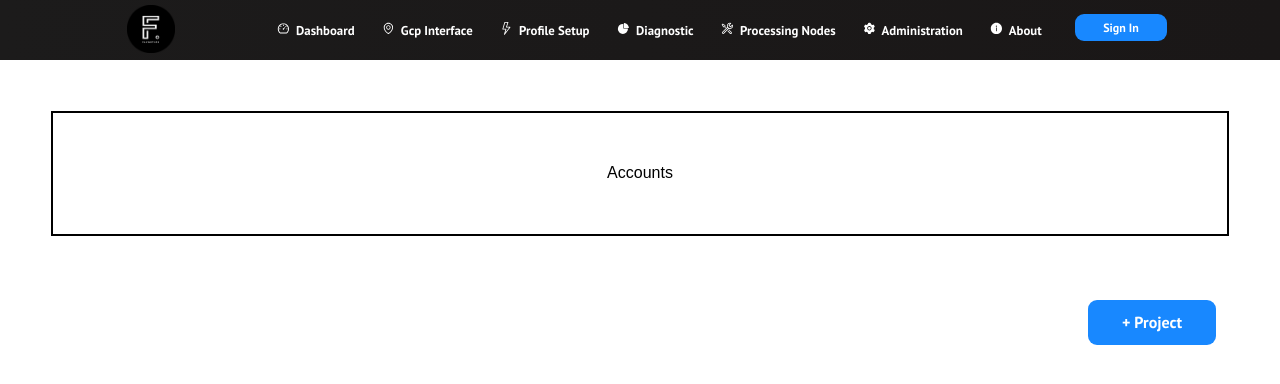
Repository: Akshaykumar1111/akki
Page: /Dashboard
These files come from the project's save history. The page is drawn as it stood at one moment and after the next save; the edit follows.
The browser window is 1280 px wide. The pictures show the whole page.
Some web libraries are served in a nearby version. The project was rebuilt for these pictures with package versions that can differ from the ones it lists, and the page was loaded fresh each time. Also part of the build but not shown: src/components/pages/Dashboard.css, src/components/pages/Administration.js, src/components/pages/Diagnostic.js, src/components/pages/ProfileSetup.js, src/components/pages/GcpInterface.js, src/components/pages/ProcessingNodes.js, src/components/pages/About.js, src/components/pages/Popup.css and 7 more.

Above is the page before, as saved 2022-10-20 10:13:02.

### src/App.css
* {
  box-sizing: border-box;
  margin: 0;
  padding: 0;
  font-family: 'PT Sans', sans-serif;
}

.home,
.Diagnostic,
.Dashboard,
.ProfileSetup,
.GcpInterface,
.ProcessingNodes,
.products,
.Administration,
.DeveloperTools,
.About,
.sign-up,
.SigUp,
.Forgot,
.marketing,
.consulting {
  display: flex;
  height: 961.3px;
  align-items: center;
  justify-content: center;
  font-size: 2rem;
}


.map-container{
  width: 100%;
  height: 100%;
}

.Dashboard {
  background-image: url('./images/img-1.jpg');
  background-position: center;
  background-size: cover;
  background-repeat: no-repeat;
  color: #fff;
  font-size: 100px;

  margin-bottom: 10px;
}

.GcpInterface {
  background-image: url('./images/img-2.jpg');
  background-position: center;
  background-size: cover;
  background-repeat: no-repeat;
  color: #fff;
  font-size: 100px;
}

.Diagnostic {
  background-image: url('./images/img-3.jpg');
  background-position: center;
  background-size: fill;
  background-repeat: no-repeat;
  color: #fff;
  font-size: 100px;
}

.ProfileSetup {
  background-image: url('./images/img-4.jpg');
  background-position: center;
  background-size: cover;
  background-repeat: no-repeat;
  color: #fff;
  font-size: 100px;
}

.sign-up {
  background-image: url('./images/img-7.jpg');
  background-position: center;
  background-size: cover;
  background-repeat: no-repeat;
  color: #fff;
  font-size: 100px;
}

.marketing {
  background-image: url('./images/img-6.jpg');
  background-position: center;
  background-size: cover;
  background-repeat: no-repeat;
  color: #fff;
  font-size: 100px;
}

.consulting {
  background-image: url('./images/img-5.jpg');
  background-position: bottom;
  background-size: cover;
  background-repeat: no-repeat;
  color: #fff;
  font-size: 100px;
}

### src/components/pages/Dashboard.js

import React from 'react';
import '../../App.css';
import '../Button.css';
import './Dashboard.css';

export default function Dashboard() {
  return ( <>
  <div class = "div1 div-grid-align">Accounts</div>
  <button type="button" className='btn projectbtn'>+ Project</button>

  </>
  )
 }

### src/components/Navbar.css
.navbar {

  height: 70px;
  display: flex;
  justify-content: center;
  align-items: center;
  font-size: 1.2rem;


}
.nav-bg1{
  background-color: rgba(42, 41, 41, 0.606);
  }
.nav-bg2{
  background: linear-gradient(90deg, rgb(28, 27, 27) 0%, rgb(26, 23, 23) 100%);

}

.navbar-logo {
  color: #fff;
  justify-self: start;
  margin-left: 20px;
  cursor: pointer;
  text-decoration: none;
  font-size: 2rem;
}

.fa-firstdraft {
    margin-left: -18%;
    font-size: 1rem;
    height: 4rem;
    width: 4rem;
    text-align: center;
    margin-top: 12%;
    margin-left: -190%;
}
/* .log-img{
  width: 8%;
} */
.nav-menu {
  display: grid;
  grid-template-columns: repeat(8, auto);
  grid-gap: 10px;
  list-style: none;
  text-align: center;
  width: 70vw;
  justify-content: end;
  margin-right: 2rem;
}

.nav-item {
  display: flex;
  align-items: center;
  height: 80px;
  margin-top: 8%;
  display: flex;
}

.nav-links {
  color: white;
  text-decoration: none;
  padding: 0.5rem 1rem;
}

.nav-links:hover {
  background-color: #1888ff;
  border-radius: 4px;
  transition: all 0.2s ease-out;
}

.fa-bars {
  color: #fff;
}

.nav-links-mobile {
  display: none;
}

.menu-icon {
  display: none;
}
.li1{
  margin-top: 9%;
}

.li2{
  margin-top: 8%;
}
.li4{
  margin-top: 9%;
}
.li5{
  margin-top: 6.5%;
}
.li6{
  margin-top: 7.3%;
}
.li7{
  margin-top: 12.4%;
}
.li8{
  margin-top: 7%;
}

.nav-links1 {
  color: white;
  text-decoration: none;
  padding: 0.5rem 1rem;
}






@media screen and (max-width: 1648px) {
  .navbar {
    /* background: linear-gradient(90deg, rgb(28, 27, 27) 0%, rgb(26, 23, 23) 100%); */
    height: 60px;
    display: flex;
    justify-content: center;
    align-items: center;
    font-size: 0.8rem;
  }
  .nav-bg1{
    background-color: rgba(42, 41, 41, 0.606);
    }
  .nav-bg2{
    background: linear-gradient(90deg, rgb(28, 27, 27) 0%, rgb(26, 23, 23) 100%);

  }
  .navbar-logo {
    color: #fff;
    justify-self: start;
    margin-left: 20px;
    cursor: pointer;
    text-decoration: none;
    font-size: 1.5rem;
    padding-right: 1%;
  }

  .fa-firstdraft {
    margin-left: -6%;
    font-size: 1rem;
    height: 3rem;
    width: 3rem;
    text-align: center;
    margin-top: 12%;
}

  .nav-menu {
    display: grid;
    grid-template-columns: repeat(8, auto);
    grid-gap: 8px;
    list-style: none;
    text-align: center;
    width: 75vw;
    justify-content: end;
    margin-right: 1.2rem;
  }

  .nav-item {
    display: flex;
    align-items: center;
    height: 75px;
  }

  .nav-links {
    color: white;
    text-decoration: none;
    padding: 0.5rem 0.6rem;
  }

  .nav-links1 {
    color: white;
    text-decoration: none;
    padding: 0.5rem 1rem;
  }

  .nav-links:hover {
    background-color: #1888ff;
    border-radius: 4px;
    transition: all 0.2s ease-out;
  }

  .fa-bars {
    color: #fff;
  }

  .nav-links-mobile {
    display: none;
  }

  .menu-icon {
    display: none;
  }
  .li1{
    margin-top: 9%;
  }

  .li2{
    margin-top: 8%;
  }
  .li4{
    margin-top: 9%;
  }
  .li5{
    margin-top: 6.5%;
  }
  .li6{
    margin-top: 7.3%;
  }
  .li7{
    margin-top: 12.4%;
  }
  .li8{
    margin-top: 7%;
  }

}



@media screen and (max-width: 961px) {
  .NavbarItems {
    position: relative;
  }

  .nav-menu {
    display: flex;
    flex-direction: column;
    width: 100%;
    height: 90vh;
    position: absolute;
    top: 80px;
    left: -100%;
    opacity: 1;
    transition: all 0.5s ease;
  }

  .nav-menu.active {
    background: #242222;
    left: 0;
    opacity: 1;
    transition: all 0.5s ease;
    z-index: 1;
  }

  .nav-links {
    text-align: center;
    padding: 0rem;
    width: 100%;
    display: table;
    margin-top: -1%;
  }

  .nav-links1 {
    color: white;
    text-decoration: none;
    padding: 0.5rem 1rem;
  }


  .nav-links:hover {
    background-color: #1888ff;
    border-radius: 0;
  }

  .navbar-logo {
    position: absolute;
    top: 0;
    left: 0;
    transform: translate(25%, 50%);
  }

  .menu-icon {
    display: block;
    position: absolute;
    top: -8px;
    right: 0;
    transform: translate(-100%, 60%);
    font-size: 1.8rem;
    cursor: pointer;
  }

  .fa-times {
    color: #fff;
    font-size: 2rem;
  }
  .nav-item {
    display: flex;
    align-items: center;
    height: 88px;
    font-size: 155%;
}

  .nav-links-mobile {
    display: block;
    text-align: center;
    /* padding: 1.5rem; */
    margin: 0rem auto;
    border-radius: 16px;
    width: 50%;
    background: #1888ff;
    text-decoration: none;
    color: #fff;
    font-size: 1.2rem;
    height: 55px;
    margin-bottom: 2%;
    padding-top: 2%;
  }

  .nav-links-mobile:hover {
    background: #fff;
    color: #1888ff;
    transition: 250ms;
  }

  .nav-Button{
    margin-top: 14%;
  }
  /* button {
    display: none;
  } */
  .fa-firstdraft {
    margin-left: 85%;
    font-size: 1rem;
    height: 3rem;
    width: 3rem;
    text-align: center;
    margin-top: -28%;
}
.li1{
  margin-top: 9%;
}

.li2{
  margin-top: 8%;
}
.li4{
  margin-top: 9%;
}
.li5{
  margin-top: 6.5%;
}
.li6{
  margin-top: 7.3%;
}
.li7{
  margin-top: 12.4%;
}
.li8{
  margin-top: 7%;
}

}



@media screen and (max-width: 480px) {
  .NavbarItems {
    position: relative;
  }

  .nav-menu {
    display: flex;
    flex-direction: column;
    width: 100%;
    height: 90vh;
    position: absolute;
    top: 80px;
    left: -100%;
    opacity: 1;
    transition: all 0.5s ease;
  }

  .nav-menu.active {
    background: #242222;
    left: 0;
    opacity: 1;
    transition: all 0.5s ease;
    z-index: 1;
  }

  .nav-links {
    text-align: center;
    padding: 0rem;
    width: 100%;
    display: table;
    margin-top: -1%;
  }

  .nav-links1 {
    color: white;
    text-decoration: none;
    padding: 0.5rem 1rem;
  }


  .nav-links:hover {
    background-color: #1888ff;
    border-radius: 0;
  }

  .navbar-logo {
    position: absolute;
    top: 0;
    left: 0;
    transform: translate(25%, 50%);
  }

  .menu-icon {
    display: block;
    position: absolute;
    top: -8px;
    right: 0;
    transform: translate(-100%, 60%);
    font-size: 1.8rem;
    cursor: pointer;
  }

  .fa-times {
    color: #fff;
    font-size: 2rem;
  }
  .nav-item {
    display: flex;
    align-items: center;
    height: 88px;
    font-size: 155%;
}

  .nav-links-mobile {
    display: block;
    text-align: center;
    /* padding: 1.5rem; */
    margin: 0rem auto;
    border-radius: 16px;
    width: 50%;
    background: #1888ff;
    text-decoration: none;
    color: #fff;
    font-size: 1.2rem;
    height: 55px;
    margin-bottom: 2%;
    padding-top: 2%;
  }

  .nav-links-mobile:hover {
    background: #fff;
    color: #1888ff;
    transition: 250ms;
  }

  .nav-Button{
    margin-top: 14%;
  }
  /* button {
    display: none;
  } */
  .fa-firstdraft {
    margin-left: 50%;
    font-size: 1rem;
    height: 3rem;
    width: 3rem;
    text-align: center;
    margin-top: -28%;
}
.li1{
  margin-top: 9%;
}

.li2{
  margin-top: 8%;
}
.li4{
  margin-top: 9%;
}
.li5{
  margin-top: 6.5%;
}
.li6{
  margin-top: 7.3%;
}
.li7{
  margin-top: 12.4%;
}
.li8{
  margin-top: 7%;
}

}

/* <-----------sticky navbar----------> */
/* .sticky{
  position: fixed;
  top: 0;
  left: 0;
  width: 100%;
  height: 5rem;
  padding-top: 0;
  padding-bottom: 0;
  box-shadow: 0 0 2rem 0 rgb(0,0,0,5);
} */
/* <-----------sticky navbar end----------> */

### src/components/Button.css
:root {
  --primary: #1888ff;
}

.btn {
  padding: 6px 9px;
  border-radius: 4px;
  outline: none;
  border: none;
  font-size: 15px;
  color: #fff;
  cursor: pointer;
  background-color: var(--primary);
  margin-top: 33%;
}
.projectbtn {
  font-size: 150%;
  /* padding: 0.5% 0.1% 0.5% 0.1%; */
  width: 10%;
  margin-top: 1%;
  margin-left: 89%;
}

.btn:hover {
  padding: 5px 9px;
  transition: all 0.3s ease-out;
  background-color: transparent;
  color: #fff;
  border-radius: 4px;
  border: 2px solid var(--primary);
  transition: all 0.3s ease-out;
}
@media screen and (max-width: 1140px) {
  .NavbarItems {
    position: relative;
  }
  :root {
    --primary: #1888ff;
  }

  .btn {
    padding: 6px 12px;
    border-radius: 9px;
    outline: none;
    border: none;
    font-size: 12px;
    color: #fff;
    cursor: pointer;
    background-color: var(--primary);
    margin-top: 36%;
  }
  .projectbtn {
    font-size: 150%;
    /* padding: 0.5% 0.1% 0.5% 0.1%; */
    width: 10%;
    margin-top: 1%;
    margin-left: 89%;
  }

  .btn:hover {
    padding: 6px 18px;
    transition: all 0.3s ease-out;
    background-color: transparent;
    color: #fff;
    border-radius: 4px;
    border: 2px solid var(--primary);
    transition: all 0.3s ease-out;
  }
}

@media screen and (max-width: 1648px) {
  .NavbarItems {
    position: relative;
  }
  :root {
    --primary: #1888ff;
  }

  .btn {
    padding: 6px 12px;
    border-radius: 9px;
    outline: none;
    border: none;
    font-size: 12px;
    color: #fff;
    cursor: pointer;
    background-color: var(--primary);
    margin-top: 26%;
  }
  .projectbtn {
    font-size: 100%;
    padding: 1% 0.1% 1% 0.1%;
    width: 10%;
    margin-top: 1%;
    margin-left: 85%;
  }

  .btn:hover {
    padding: 6px 18px;
    transition: all 0.3s ease-out;
    background-color: transparent;
    color: #fff;
    border-radius: 4px;
    border: 2px solid var(--primary);
    transition: all 0.3s ease-out;
  }
}




@media screen and (max-width: 961px) {
  .NavbarItems {
    position: relative;
  }
  :root {
    --primary: #1888ff;
  }

  .btn {

    border-radius: 9px;
    outline: none;
    border: none;
    font-size: 12px;
    color: #fff;
    cursor: pointer;
    background-color: var(--primary);
    width: auto;
    margin-top: 3%;
  }
  .projectbtn {
    font-size: 100%;
    padding: 1.5% 0.1% 1.5% 0.1%;
    width: 10%;
    margin-top: 1%;
    margin-left: 86%;
  }

  .btn:hover {
    padding: 0px 0px;
    transition: all 0.3s ease-out;
    background-color: transparent;
    color: #fff;
    border-radius: 4px;
    border: 2px solid var(--primary);
    transition: all 0.3s ease-out;
  }
}

### src/components/pages/Signin.css
.sign-ups{
    display: flex;
    height: 33px;
    align-items: center;
    justify-content: center;
    font-size: 3rem;
    margin-top: -9px;
    color:whitesmoke;
    text-shadow: 2px 2px 15px white;
  }
  body {font-family: Arial, Helvetica, sans-serif;}
  /* The Modal (background) */
  .Main-login-Div {
  width: 100%;
  height: 100%;
  background-color: rgba(0,0,0,0.4);

  padding:10% 20% 5.6% 20%;

  background-image: url('../../images/abhi.jpg');
  background-size: cover;


  }

  /* input[type=text], input[type=password] {
  width: 100%;
  padding: 12px 20px;
  margin: 12px 0;
  display: inline-block;
  border: 1px solid #ccc;
  box-sizing: border-box;
  } */
  .input[type=text], .input[type=password] {
    width: 100%;
    padding: 12px 20px;
    margin: 12px 0;
    display: inline-block;
    border: 1px solid #ccc;
    box-sizing: border-box;
    }

  /* Set a style for all buttons */
  button {
  background-color: var(--primary);
  color: white;
  padding: 14px 20px;
  margin: 12px 0;
  border: none;
  cursor: pointer;
  width: 100%;
  border-radius: 10px;

  }


  button:hover {
  opacity: 0.8;
  }

  .nav-links-mobile {
    display: none;
  }

  /* Extra styles for the cancel button */
  .cancelbtn {
  width: auto;
  padding: 10px 18px;
  background-color: #f44336;
  border-radius: 9%;
  }

  .Signupbtn{
  width: auto;
  padding: 10px 18px;
  background-color: var(--primary);
  text-align: center;
  border-radius: 9%;
  }

  /* Center the image and position the close button */
  .imgcontainer  {
  text-align: center;
  margin: 24px 0 12px 0;
  position: relative;
  }

  img.avatar {
  width: 40%;
  border-radius: 50%;
  }

  .container {
  padding: 16px;
  /* text-align: right; */

  }
  .cont2{
    margin-left: 75px;
  }

  .container5 {

  /* text-align: right; */
  width: 100%;
  display: flex;
  /* height: 10%; */

  }

  .container1 {
  padding: 16px;

  width: 80%;

  }
  .container2 {
  width: 20%;
  text-align: right;
  padding: 16px;

  }







  span.psw {
  float: right;
  padding-top: 16px;
  }



  /* Modal Content/Box */
  .modal-content {
  background-color: #fefefe;
  margin: 5% auto 15% auto; /* 5% from the top, 15% from the bottom and centered */
  border: 1px solid #888;
  width: 80%; /* Could be more or less, depending on screen size */
  border-radius: 18px;
  }

  /* The Close Button (x) */
  .close {
  position: absolute;
  right: 25px;
  top: 0;
  color: #000;
  font-size: 35px;
  font-weight: bold;
  }

  .close:hover,
  .close:focus {
  color: red;
  cursor: pointer;
  }

  /* Add Zoom Animation */
  .animate {
  -webkit-animation: animatezoom 0.6s;
  animation: animatezoom 0.6s
  }

  @-webkit-keyframes animatezoom {
  from {-webkit-transform: scale(0)}
  to {-webkit-transform: scale(1)}
  }

  @keyframes animatezoom {
  from {transform: scale(0)}
  to {transform: scale(1)}
  }


  /* /////////////////////////////////////////////////////////////////////////////////////////////////////////////////// */
  @media screen and (max-width: 961px){
  .sign-ups{
    display: flex;
    height: 33px;
    align-items: center;
    justify-content: center;
    font-size: 3rem;
    margin-top: -9px;
    color:whitesmoke;
    text-shadow: 2px 2px 15px white;
  }
  body {font-family: Arial, Helvetica, sans-serif;}
  /* The Modal (background) */
  .Main-login-Div {
  width: 100%; /* Full width */
  height: 100%; /* Full height */
  background-color: rgba(0,0,0,0.4); /* Black w/ opacity */
  padding-top: 15%;
  padding-bottom: 2%;

  background-image: url('../../images/abhi.jpg');
  background-size: cover;


  }

  .input2[type=text], .input2[type=password] {
  width: 80%;
  padding: 12px 20px;
  margin: 12px 0;
  display: inline-block;
  border: 1px solid #ccc;
  box-sizing: border-box;
  }

  /* Set a style for all buttons */
  button {
  background-color: var(--primary);
  color: white;
  padding: 14px 20px;
  margin: 12px 0;
  border: none;
  cursor: pointer;
  width: 100%;
  border-radius: 10px;
  }


  button:hover {
  opacity: 0.8;
  }

  /* Extra styles for the cancel button */
  .cancelbtn {
  /* width: auto; */
  padding: 10px 18px;
  background-color: #f44336;
  }

  .Signupbtn{
  /* width: auto; */
  padding: 10px 18px;
  background-color: var(--primary);
  text-align: center;

  }

  /* Center the image and position the close button */
  .imgcontainer  {
  text-align: center;
  margin: 24px 0 12px 0;
  position: relative;
  }

  img.avatar {
  width: 40%;
  border-radius: 50%;
  }

  .container {
  padding: 16px;
  /* text-align: right; */

  }

  .container5 {

  /* text-align: right; */
  width: 100%;
  display: flex;
  /* height: 10%; */

  }

  .container1 {
  padding: 16px;

  width: 80%;

  }
  .container2 {
  width: 50%;
  text-align: right;
  padding: 16px;

  }








  span.psw {
  float: right;
  padding-top: 16px;
  }



  /* Modal Content/Box */
  .modal-content {
  background-color: #fefefe;
  margin: 5% auto 15% auto; /* 5% from the top, 15% from the bottom and centered */
  border: 1px solid #888;
  width: 80%; /* Could be more or less, depending on screen size */
  border-radius: 18px;
  }

  /* The Close Button (x) */
  .close {
  position: absolute;
  right: 25px;
  top: 0;
  color: #000;
  font-size: 35px;
  font-weight: bold;
  }

  .close:hover,
  .close:focus {
  color: red;
  cursor: pointer;
  }

  /* Add Zoom Animation */
  .animate {
  -webkit-animation: animatezoom 0.6s;
  animation: animatezoom 0.6s
  }

  @-webkit-keyframes animatezoom {
  from {-webkit-transform: scale(0)}
  to {-webkit-transform: scale(1)}
  }

  @keyframes animatezoom {
  from {transform: scale(0)}
  to {transform: scale(1)}
  }
  }
  @media screen and (max-width: 300px) {
    span.psw {
       display: block;
       float: none;
    }
    .cancelbtn {
       width: 100%;
    }
  }

  @media screen and (max-width: 610px){
    .sign-ups{
      display: flex;
      height: 33px;
      align-items: center;
      justify-content: center;
      font-size: 2rem;
      margin-top: -9px;
      color:whitesmoke;
      text-shadow: 2px 2px 15px white;
    }
    body {font-family: Arial, Helvetica, sans-serif;}
    /* The Modal (background) */
    .Main-login-Div {
    width: 100%; /* Full width */
    height: 100%; /* Full height */
    background-color: rgba(0,0,0,0.4); /* Black w/ opacity */
    padding-top: 15%;
    padding-bottom: 2%;

    background-image: url('../../images/abhi.jpg');
    background-size: cover;


    }

    .input[type=text], .input[type=password] {
    width: 100%;
    padding: 12px 20px;
    margin: 12px 0;
    display: inline-block;
    border: 1px solid #ccc;
    box-sizing: border-box;
    }

    /* Set a style for all buttons */
    /* button {
    background-color: var(--primary);
    color: white;
    padding: 14px 20px;
    margin: 12px 0;
    border: none;
    cursor: pointer;
    width: 126%;
    } */
    .button {
      background-color: var(--primary);
      color: white;
      padding: 14px 20px;
      margin: 12px 0;
      border: none;
      cursor: pointer;
      width: 100%;
      border-radius: 10px;
      }



    button:hover {
    opacity: 0.8;
    }

    /* Extra styles for the cancel button */
    .cancelbtn {
    /* width: auto; */
    padding: 7px 14px;
    background-color: #f44336;
    }
    .cont2{
      margin-left: 75px;

    }
    .Signupbtn{
    /* width: auto; */
    padding: 3px 11px;
    background-color: var(--primary);
    text-align: center;
    font-size: 14px;

    }
    .Forgot-password{
      font-size: 12px;
    }

    /* Center the image and position the close button */
    .imgcontainer  {
    text-align: center;
    margin: 24px 0 12px 0;
    position: relative;
    }

    img.avatar {
    width: 40%;
    border-radius: 50%;
    }

    .container {
    padding: 16px;
    /* text-align: right; */
    width: 100%;

    }

    .container5 {

    /* text-align: right; */
    width: 100%;
    display: flex;
    /* height: 10%; */

    }

    .container1{
    padding: 16px;

    width: 80%;

    }
    .container2 {
    width: 50%;
    text-align: right;
    padding: 16px;

    }








    span.psw1 {
    float: right;
    padding-top: 16px;
    }



    /* Modal Content/Box */
    .modal-content {
    background-color: #fefefe;
    margin: 5% auto 15% auto; /* 5% from the top, 15% from the bottom and centered */
    border: 1px solid #888;
    width: 80%; /* Could be more or less, depending on screen size */
    border-radius: 18px;
    }

    /* The Close Button (x) */
    .close {
    position: absolute;
    right: 25px;
    top: 0;
    color: #000;
    font-size: 35px;
    font-weight: bold;
    }

    .close:hover,
    .close:focus {
    color: red;
    cursor: pointer;
    }

    /* Add Zoom Animation */
    .animate {
    -webkit-animation: animatezoom 0.6s;
    animation: animatezoom 0.6s
    }

    @-webkit-keyframes animatezoom {
    from {-webkit-transform: scale(0)}
    to {-webkit-transform: scale(1)}
    }

    @keyframes animatezoom {
    from {transform: scale(0)}
    to {transform: scale(1)}
    }
    }

    @media screen and (max-width: 523px){
      .sign-ups{
        display: flex;
        height: 33px;
        align-items: center;
        justify-content: center;
        font-size: 1.5rem;
        margin-top: -9px;
        color:whitesmoke;
        text-shadow: 2px 2px 15px white;
      }
      body {font-family: Arial, Helvetica, sans-serif;}
      /* The Modal (background) */
      .Main-login-Div {
      width: 100%; /* Full width */
      height: 100%; /* Full height */
      background-color: rgba(0,0,0,0.4); /* Black w/ opacity */
      padding-top: 15%;
      padding-bottom: 2%;

      background-image: url('../../images/abhi.jpg');
      background-size: cover;


      }

      .input[type=text], .input[type=password] {
      width: 100%;
      padding: 12px 20px;
      margin: 12px 0;
      display: inline-block;
      border: 1px solid #ccc;
      box-sizing: border-box;
      }

      /* Set a style for all buttons */
      /* button {
      background-color: var(--primary);
      color: white;
      padding: 14px 20px;
      margin: 12px 0;
      border: none;
      cursor: pointer;
      width: 126%;
      } */
      .button {
        background-color: var(--primary);
        color: white;
        padding: 14px 20px;
        margin: 12px 0;
        border: none;
        cursor: pointer;
        width: 100%;
        border-radius: 10px;

        }



      button:hover {
      opacity: 0.8;
      }

      /* Extra styles for the cancel button */
      .cancelbtn {
      /* width: auto; */
      padding: 7px 14px;
      background-color: #f44336;
      }
      .cont2{
        margin-left: 30px;

      }
      .Signupbtn{
      /* width: auto; */
      padding: 3px 11px;
      background-color: var(--primary);
      text-align: center;
      font-size: 14px;

      }
      .Forgot-password{
        font-size: 12px;
      }

      /* Center the image and position the close button */
      .imgcontainer  {
      text-align: center;
      margin: 24px 0 12px 0;
      position: relative;
      }

      img.avatar {
      width: 40%;
      border-radius: 50%;
      }

      .container {
      padding: 16px;
      /* text-align: right; */
      width: 100%;

      }

      .container5 {

      /* text-align: right; */
      width: 100%;
      display: flex;
      /* height: 10%; */

      }

      .container1{
      padding: 16px;

      width: 80%;

      }
      .container2 {
      width: 50%;
      text-align: right;
      padding: 16px;

      }








      span.psw1 {
      float: right;
      padding-top: 16px;
      }



      /* Modal Content/Box */
      .modal-content {
      background-color: #fefefe;
      margin: 5% auto 15% auto; /* 5% from the top, 15% from the bottom and centered */
      border: 1px solid #888;
      width: 80%; /* Could be more or less, depending on screen size */
      border-radius: 18px;
      }

      /* The Close Button (x) */
      .close {
      position: absolute;
      right: 25px;
      top: 0;
      color: #000;
      font-size: 35px;
      font-weight: bold;
      }

      .close:hover,
      .close:focus {
      color: red;
      cursor: pointer;
      }

      /* Add Zoom Animation */
      .animate {
      -webkit-animation: animatezoom 0.6s;
      animation: animatezoom 0.6s
      }

      @-webkit-keyframes animatezoom {
      from {-webkit-transform: scale(0)}
      to {-webkit-transform: scale(1)}
      }

      @keyframes animatezoom {
      from {transform: scale(0)}
      to {transform: scale(1)}
      }

      }

Loaded but not shown: public/index.html (common file); src/index.js (common file); src/components/Navbar.js (179 lines, source omitted); src/App.js (57 lines, source omitted); src/components/Button.js (11 lines, source omitted); src/components/pages/Administration.css (754 lines, source omitted)

After the next save:
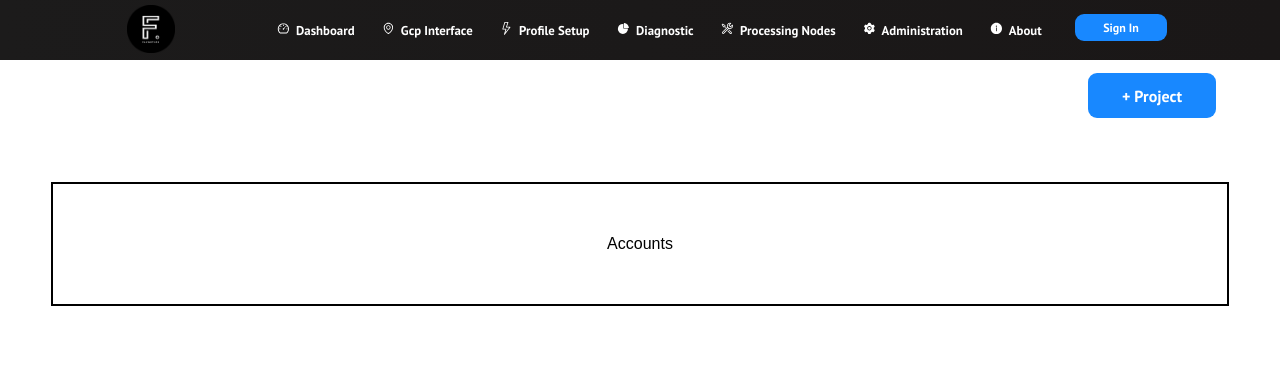
Saved 29 s later.
--- a/src/components/pages/Dashboard.js
+++ b/src/components/pages/Dashboard.js
@@ -6,9 +6,9 @@ import './Dashboard.css';
 
 export default function Dashboard() {
   return ( <>
+
+  <button type="button" className='btn projectbtn'>+ Project</button>
   <div class = "div1 div-grid-align">Accounts</div>
-  <button type="button" className='btn projectbtn'>+ Project</button>
-
   </>
   )
  }
